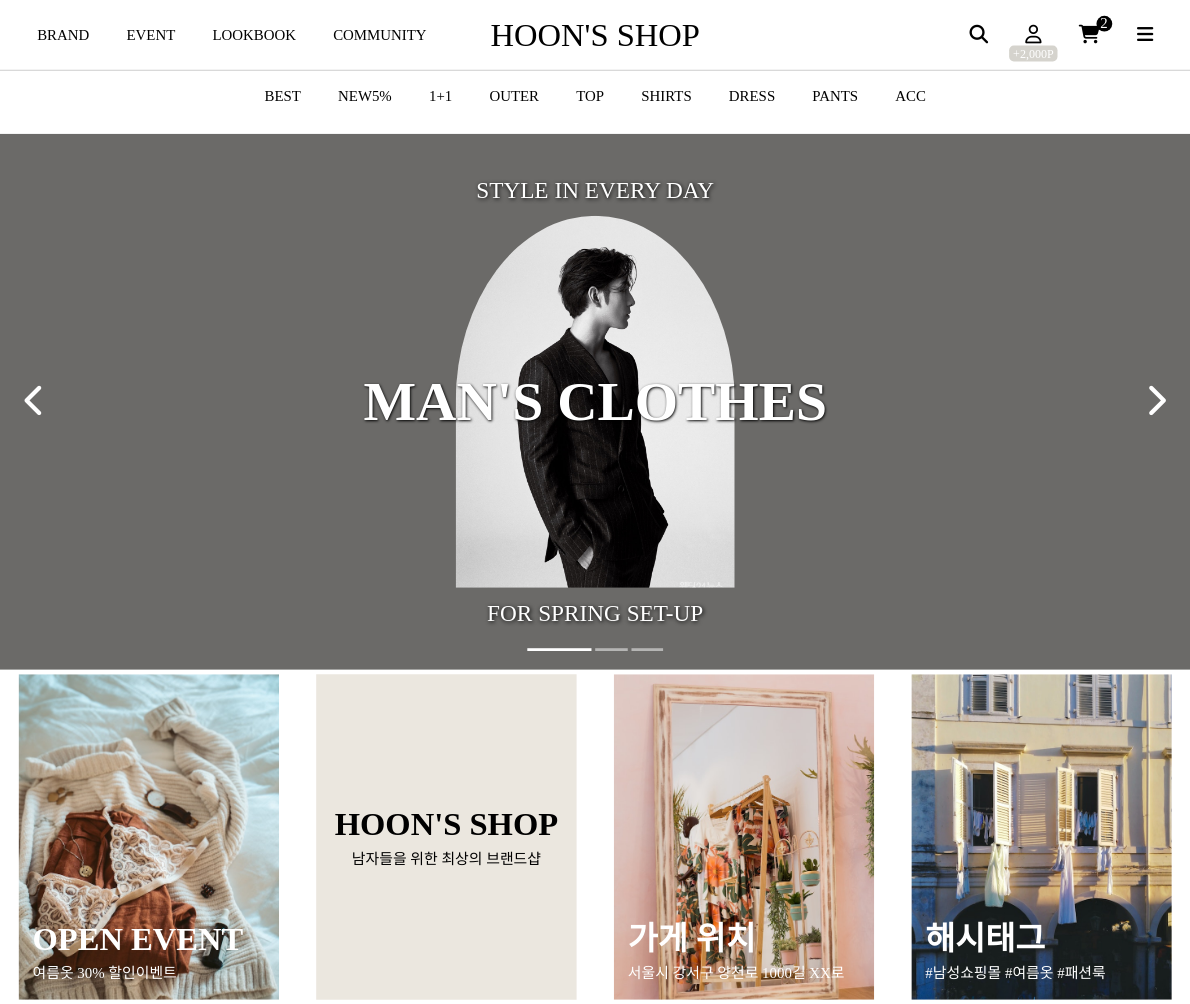
Repository: Iimchaehoon/cafeProject
Page: src/index.html
The author's editor kept a copy of each file at every save. The page is drawn from the files as they stood at one save, then again after the next save.
The browser window is 1280 px wide. The pictures show the whole page, at 93% of full size.
Some web fonts or font styles are not loaded; a fallback is used. Some web libraries are served in a nearby version.

Above is the page before, as saved 2024-07-24 21:40:34.

After the next save:
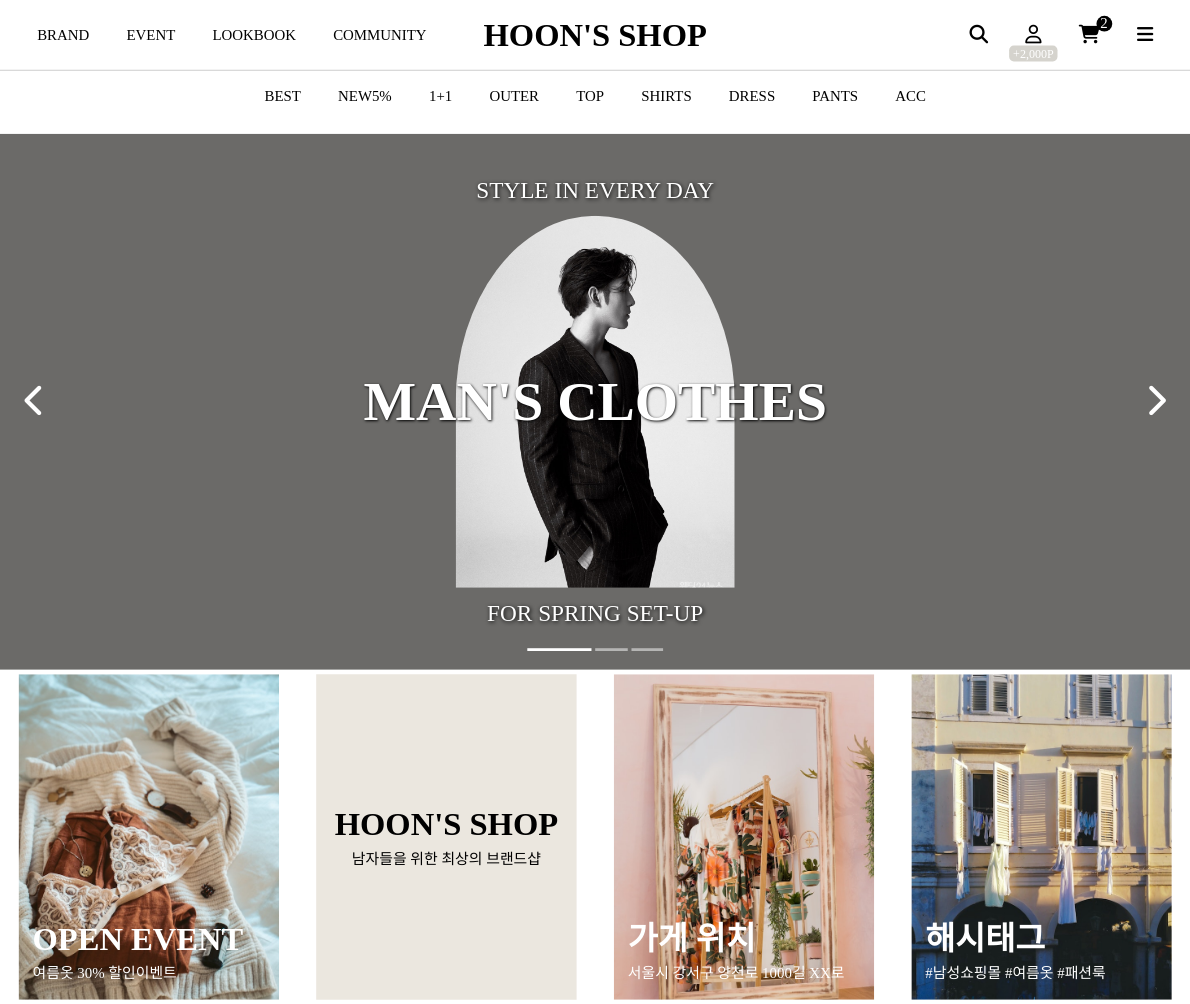
Saved 20 s later.
--- a/src/css/components/header.css
+++ b/src/css/components/header.css
@@ -13,7 +13,7 @@
 .header__title {
   width: 33%;
   font-size: 35px;
-  font-weight: 800px;
+  font-weight: 700;
   text-align: center;
 }
 

After the 2 saves that followed:
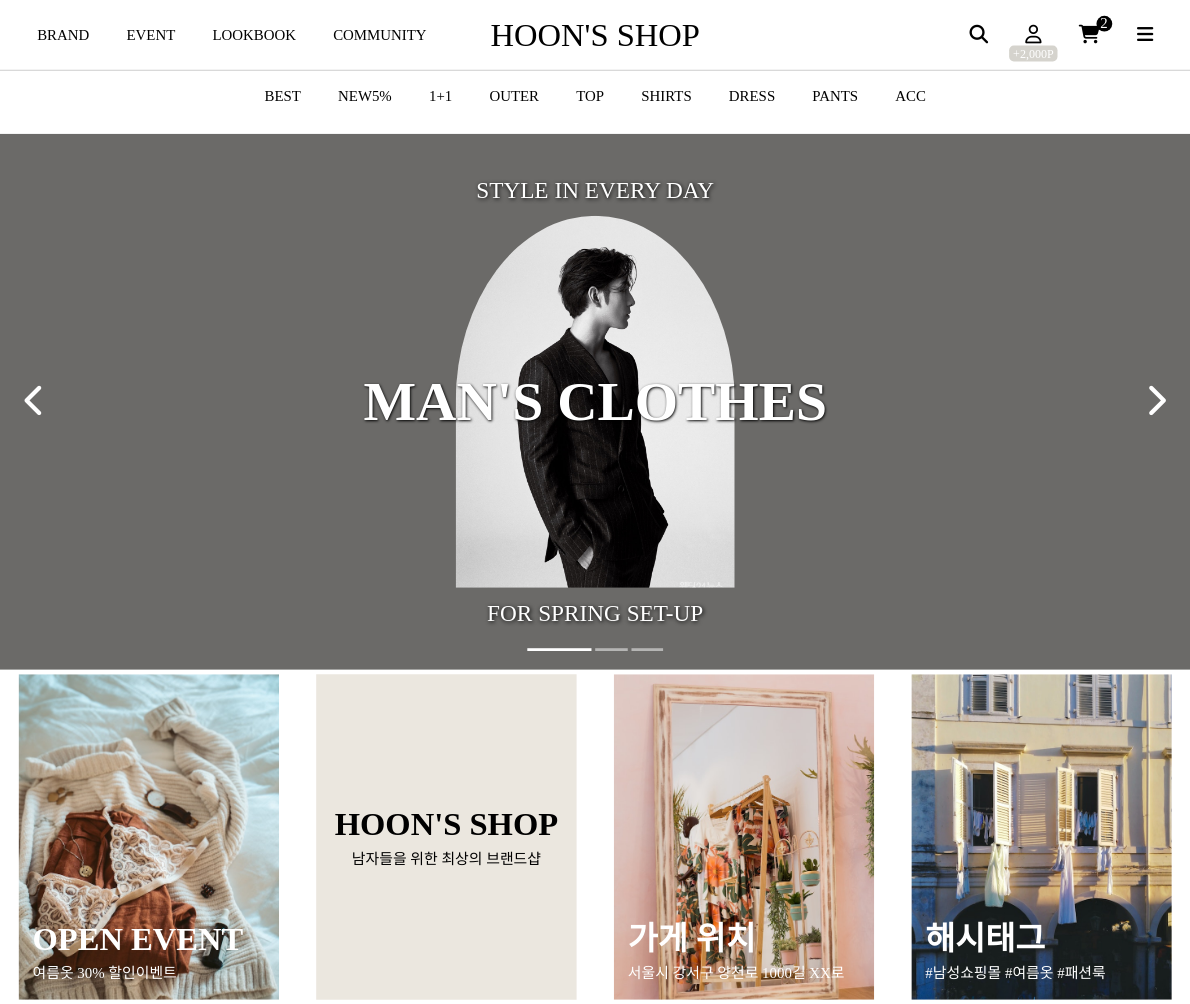
The 2 saves are shown as one change because 1 left the picture as it was.
The last was saved 19 s later.
--- a/src/css/components/header.css
+++ b/src/css/components/header.css
@@ -13,7 +13,7 @@
 .header__title {
   width: 33%;
   font-size: 35px;
-  font-weight: 700;
+  font-weight: 500;
   text-align: center;
 }
 
